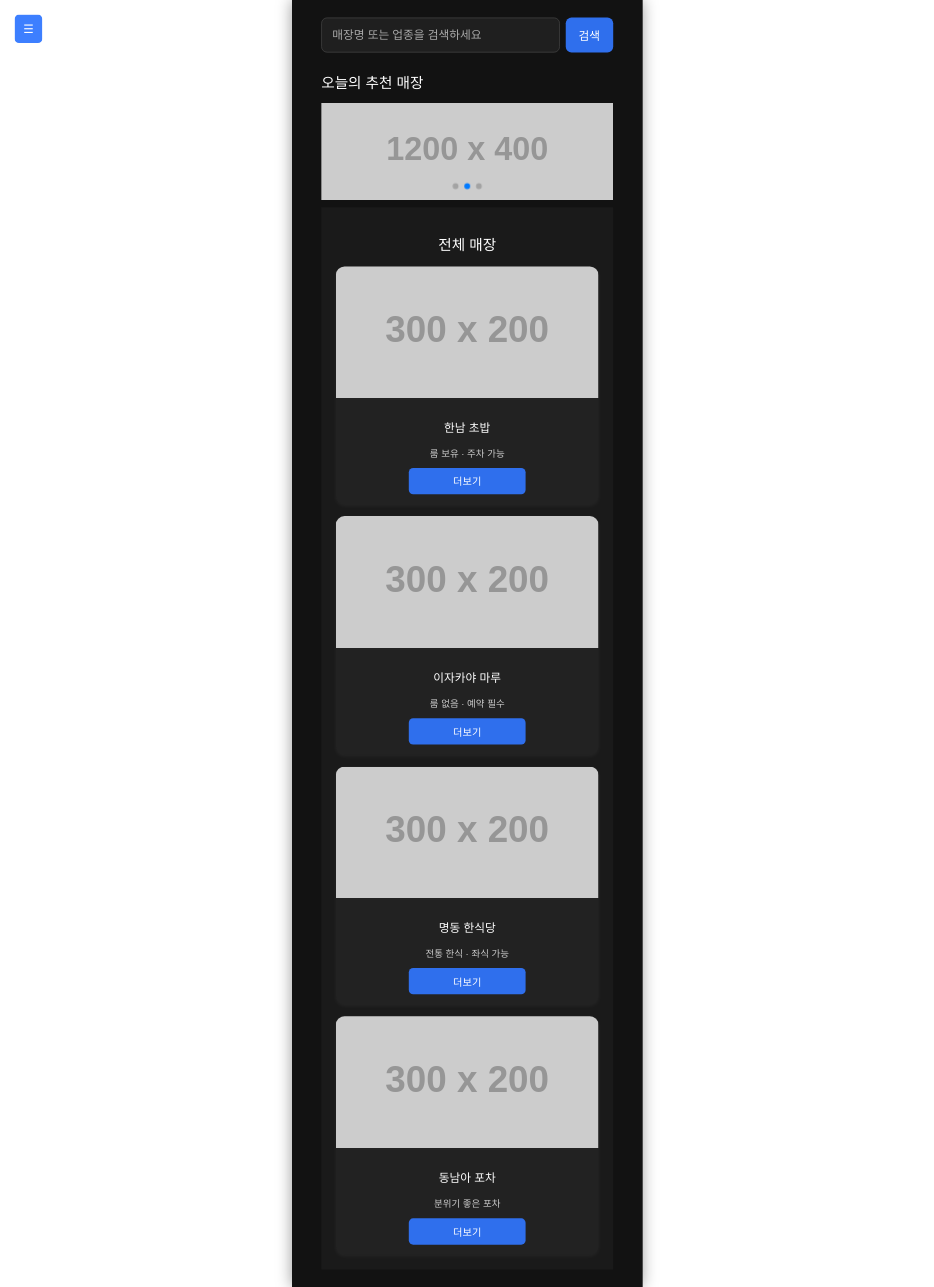
Repository: noiredex/Choplan-API
Page: / (app in choplan/frontend_main/)
These files come from the project's save history. The page is drawn as it stood at one moment and after the next save; the edit follows.
The browser window is 1280 px wide. The pictures show the whole page, at 73% of full size.
The project was rebuilt for these pictures with package versions that can differ from the ones it lists, and the page was loaded fresh each time. Also part of the build but not shown: choplan/frontend_main/vite.config.js, choplan/frontend_main/vite.config.ts, choplan/frontend_main/src/styles/StoreDetailPage.css, choplan/frontend_main/src/pages/StoreDetailPage.jsx.

Above is the page before, as saved 2025-10-29 10:27:03.

### choplan/frontend_main/index.html
<!doctype html>
<html lang="en">
  <head>
    <meta charset="UTF-8" />
    <link rel="icon" type="image/svg+xml" href="/vite.svg" />
    <meta name="viewport" content="width=device-width, initial-scale=1.0" />
    <title>frontend_main</title>
  </head>
  <body>
    <div id="root"></div>
    <script type="module" src="/src/main.jsx"></script>
  </body>
</html>

### choplan/frontend_main/src/App.jsx
import { Routes, Route } from "react-router-dom";
import HomePage from "./pages/HomePage";
import StoreDetailPage from "./pages/StoreDetailPage";
import "./App.css";

export default function App() {
  return (
    <Routes>
      <Route path="/" element={<HomePage />} />
      <Route path="/store/:id" element={<StoreDetailPage />} />
    </Routes>
  );
}

### choplan/frontend_main/src/pages/Homepage.jsx
import React, { useState } from "react";
import Sidebar from "../components/common/Sidebar";
import SearchBar from "../components/home/SearchBar";
import BannerSlider from "../components/home/BannerSlider";
import RecommendedStores from "../components/home/RecommendedStores";
import "../styles/HomePage.css";

export default function HomePage() {
  const [selectedCategory, setSelectedCategory] = useState("전체");
  const [searchQuery, setSearchQuery] = useState("");

  return (
    <div className="home-container">
      {/* 사이드바 */}
      <Sidebar
        selectedCategory={selectedCategory}
        onSelectCategory={setSelectedCategory}
        searchQuery={searchQuery}
      />

      {/* 메인 콘텐츠 */}
      <div className="main-content">
        <SearchBar onSearch={setSearchQuery} />

        {/* 추천 배너 */}
        <section className="banner-section">
          <h2>오늘의 추천 매장</h2>
          <BannerSlider />
        </section>

        {/* 매장 목록 */}
        <section className="store-section">
          <RecommendedStores
            category={selectedCategory}
            searchQuery={searchQuery}
          />
        </section>
      </div>
    </div>
  );
}

### choplan/frontend_main/src/App.css
/* ==============================
   App.css — 전역 스타일
   ============================== */

/* 기본 페이지 레이아웃 */
html, body {
  margin: 0;
  padding: 0;
  background-color: #181818; /* Soft Charcoal */
  color: #E0E0E0;
  font-family: 'Noto Sans KR', sans-serif;
  display: flex;
  justify-content: center;
}

/* 전체 앱을 중앙에 고정 (모바일 480px 기준) */
#root {
  width: 100%;
  max-width: 480px;
  min-height: 100vh;
  background-color: #1E1E1E;
  box-shadow: 0 0 20px rgba(0, 0, 0, 0.4);
  overflow-x: hidden;
  position: relative;
}

/* 스크롤바 다크모드 스타일 */
::-webkit-scrollbar {
  width: 6px;
}
::-webkit-scrollbar-track {
  background: #1a1a1a;
}
::-webkit-scrollbar-thumb {
  background: #444;
  border-radius: 4px;
}
::-webkit-scrollbar-thumb:hover {
  background: #555;
}

/* 공통 버튼 스타일 */
button {
  background-color: #3D7FFF;
  color: white;
  border: none;
  border-radius: 8px;
  padding: 10px 16px;
  cursor: pointer;
  transition: background-color 0.2s ease;
}
button:hover {
  background-color: #5596FF;
}

/* 링크 */
a {
  text-decoration: none;
  color: inherit;
}

### choplan/frontend_main/src/components/common/Sidebar.jsx
import React, { useState, useEffect } from "react";
import "../../styles/Sidebar.css";

export default function Sidebar({ selectedCategory, onSelectCategory, searchQuery }) {
  const [isOpen, setIsOpen] = useState(false);

  const categories = [
    "전체",
    "이자카야",
    "초밥",
    "한식",
    "양식",
    "중식",
    "동남아",
    "인도",
    "기타",
  ];

  // 검색어에 따라 자동 카테고리 선택
  useEffect(() => {
    if (searchQuery && searchQuery.trim() !== "") {
      const matched = categories.find((cat) => searchQuery.includes(cat));
      if (matched) onSelectCategory(matched);
    }
  }, [searchQuery]);

  return (
    <>
      {/* 햄버거 버튼 (항상 노출) */}
      <button
        className="sidebar-toggle"
        onClick={() => setIsOpen(!isOpen)}
        aria-label="메뉴 열기"
      >
        ☰
      </button>

      {/* 오버레이 (열릴 때만) */}
      {isOpen && <div className="overlay" onClick={() => setIsOpen(false)}></div>}

      {/* 세로형 사이드바 */}
      <aside className={`sidebar ${isOpen ? "open" : ""}`}>
        <ul className="sidebar-list">
          {categories.map((category, index) => (
            <li
              key={index}
              className={selectedCategory === category ? "active" : ""}
              onClick={() => {
                onSelectCategory(category);
                setIsOpen(false);
              }}
            >
              {category}
            </li>
          ))}
        </ul>
      </aside>
    </>
  );
}

### choplan/frontend_main/src/components/home/SearchBar.jsx
import React, { useState } from "react";
import "../../styles/SearchBar.css";

export default function SearchBar({ onSearch }) {
  const [query, setQuery] = useState("");

  const handleInputChange = (e) => {
    setQuery(e.target.value);
  };

  const handleSearch = (e) => {
    e.preventDefault();
    onSearch(query);
  };

  return (
    <form className="search-bar" onSubmit={handleSearch}>
      <input
        type="text"
        placeholder="매장명 또는 업종을 검색하세요"
        value={query}
        onChange={handleInputChange}
      />
      <button type="submit">검색</button>
    </form>
  );
}

### choplan/frontend_main/src/components/home/BannerSlider.jsx
import React from "react";
import { Swiper, SwiperSlide } from "swiper/react";
import { Autoplay, Pagination } from "swiper/modules";
import "swiper/css";
import "swiper/css/pagination";
import "../../styles/BannerSlider.css";

export default function BannerSlider() {
  const banners = [
    {
      id: 1,
      img: "https://placehold.co/1200x400/007bff/ffffff?text=오늘의+추천매장+1",
      alt: "추천 매장 1",
    },
    {
      id: 2,
      img: "https://placehold.co/1200x400/f07b00/ffffff?text=오늘의+추천매장+2",
      alt: "추천 매장 2",
    },
    {
      id: 3,
      img: "https://placehold.co/1200x400/008c4a/ffffff?text=오늘의+추천매장+3",
      alt: "추천 매장 3",
    },
  ];

  return (
    <div className="banner-slider-container">
      <Swiper
        modules={[Autoplay, Pagination]}
        pagination={{ clickable: true }}
        autoplay={{ delay: 4000, disableOnInteraction: false }}
        loop={true}
        spaceBetween={0}
        slidesPerView={1}
        className="banner-swiper"
      >
        {banners.map((banner) => (
          <SwiperSlide key={banner.id}>
            <img
              src={banner.img}
              alt={banner.alt}
              className="banner-image"
            />
          </SwiperSlide>
        ))}
      </Swiper>
    </div>
  );
}

### choplan/frontend_main/src/components/home/RecommendedStores.jsx
import React, { useEffect, useState } from "react";
import { useNavigate } from "react-router-dom";
import "../../styles/RecommendedStores.css";

export default function RecommendedStores({ category, searchQuery }) {
  const [stores, setStores] = useState([]);
  const navigate = useNavigate(); // 페이지 이동 훅

  // 예시 데이터 (실제 API 연결 시 이 부분 대체)
  const allStores = [
    { id: 1, name: "한남 초밥", category: "초밥", desc: "룸 보유 · 주차 가능", img: "https://placehold.co/300x200" },
    { id: 2, name: "이자카야 마루", category: "이자카야", desc: "룸 없음 · 예약 필수", img: "https://placehold.co/300x200" },
    { id: 3, name: "명동 한식당", category: "한식", desc: "전통 한식 · 좌식 가능", img: "https://placehold.co/300x200" },
    { id: 4, name: "동남아 포차", category: "동남아", desc: "분위기 좋은 포차", img: "https://placehold.co/300x200" },
  ];

  useEffect(() => {
    let filtered = allStores;

    // 검색어 반영
    if (searchQuery) {
      filtered = filtered.filter((store) =>
        store.name.toLowerCase().includes(searchQuery.toLowerCase())
      );
    }

    // 카테고리 반영
    if (category && category !== "전체") {
      filtered = filtered.filter((store) => store.category === category);
    }

    setStores(filtered);
  }, [category, searchQuery]);

  return (
    <div className="recommended-stores">
      <h2>{category ? category : "전체"} 매장</h2>

      <div className="store-grid">
        {stores.length > 0 ? (
          stores.map((store) => (
            <div className="store-card" key={store.id}>
              <img src={store.img} alt={store.name} />
              <div className="store-info">
                <h3>{store.name}</h3>
                <p>{store.desc}</p>
                <button onClick={() => navigate(`/store/${store.id}`)}>더보기</button>
              {/* 더보기 클릭시 /store/매장id 페이지로 이동 */}
              </div>
            </div>
          ))
        ) : (
          <p className="no-results">검색 결과가 없습니다.</p>
        )}
      </div>
    </div>
  );
}

### choplan/frontend_main/src/styles/HomePage.css
/* ===== 기본 구조 ===== */
.home-container {
  display: flex;
  flex-direction: row;
  align-items: stretch;
  justify-content: flex-start;
  width: 100%;
  min-height: 100vh;
  background-color: #121212; /* 다크모드 배경 */
  overflow: hidden;
  box-sizing: border-box;
  color: #f0f0f0;
}

/* ===== 메인 콘텐츠 ===== */
.main-content {
  flex: 1;
  display: flex;
  flex-direction: column;
  justify-content: flex-start;
  align-items: stretch;
  padding: 24px 40px;
  overflow-y: auto;
  transition: all 0.3s ease;
}

/* ===== 검색바 ===== */
.search-bar {
  margin-bottom: 10px; /* 기존보다 10px 줄임 */
}

/* ===== 베너 섹션 ===== */
.benner-section {
  text-align: center;
  margin-top: 10px; /* 기존보다 10px 줄임 */
  margin-bottom: 20px; /* 아래 ‘전체매장’ 간격 줄임 */
  display: flex;
  flex-direction: column;
  align-items: center;
}

.banner-section h2 {
  font-size: 20px; /* 기존 24px → 20px */
  font-weight: 700;
  color: #ffffff;
  margin-bottom: 12px;
}

.banner-section .swiper-container {
  width: 100%;
  max-width: 1200px;
  aspect-ratio: 16 / 9;
  border-radius: 12px;
  overflow: hidden;
  object-fit: cover;
  height: auto !important;
  flex-shrink: 0;
}

.banner-section .swiper-slide img {
  width: 100%;
  height: 100%;
  object-fit: cover;
  display: block;
}

/* ===== 추천 매장 섹션 ===== */
.store-section {
  width: 100%;
  margin-top: 10px; /* 기존보다 10px 줄임 */
  flex-grow: 1;
}

/* 반응형 대응 */
@media (max-width: 1024px) {
  .banner-section h2 {
    font-size: 18px;
  }
}

### choplan/frontend_main/src/styles/Sidebar.css
/* ==============================
   Sidebar.css — 카테고리 & 햄버거 버튼
   ============================== */

/* ===== 사이드바 전체 ===== */
.sidebar {
  position: fixed;
  top: 0;
  left: 0;
  width: 220px;
  height: 100%;
  background: #202020; /* Soft Charcoal */
  border-right: 1px solid #2c2c2c;
  overflow-y: auto;
  transform: translateX(-100%);
  transition: transform 0.3s ease-in-out;
  z-index: 1000;
}

/* 열렸을 때 */
.sidebar.open {
  transform: translateX(0);
}

/* ===== 햄버거 버튼 ===== */
.sidebar-toggle {
  position: fixed;
  top: 20px;
  left: 20px;
  z-index: 1100;
  background: #3D7FFF;
  color: white;
  border: none;
  border-radius: 6px;
  padding: 10px 12px;
  font-size: 16px;
  cursor: pointer;
  transition: background 0.2s ease;
}

.sidebar-toggle:hover {
  background: #5596FF;
}

/* ===== 카테고리 리스트 ===== */
.sidebar-list {
  list-style: none;
  margin: 70px 0 0 0; /* 버튼 아래쪽 여백 확보 */
  padding: 0;
  display: flex;
  flex-direction: column;
}

.sidebar-list li {
  padding: 14px 18px;
  color: #E0E0E0;
  font-size: 15px;
  cursor: pointer;
  border-bottom: 1px solid #2b2b2b;
  transition: all 0.2s ease;
}

.sidebar-list li:hover {
  background-color: #2a2a2a;
}

.sidebar-list li.active {
  background-color: #3D7FFF;
  color: #fff;
  font-weight: 600;
}

/* “전체” 항목 상단 고정 */
.sidebar-list li:first-child {
  position: sticky;
  top: 0;
  background: #202020;
  z-index: 3;
  font-weight: bold;
  border-bottom: 1px solid #2c2c2c;
}

/* ===== 스크롤바 ===== */
.sidebar-list::-webkit-scrollbar {
  width: 6px;
}
.sidebar-list::-webkit-scrollbar-thumb {
  background: #333;
  border-radius: 3px;
}
.sidebar-list::-webkit-scrollbar-thumb:hover {
  background: #444;
}

/* ===== 반응형 ===== */
@media (max-width: 1024px) {
  .sidebar {
    width: 220px;
  }
}

@media (max-width: 600px) {
  .sidebar {
    width: 200px;
  }

  .sidebar-list li {
    font-size: 14px;
    padding: 12px 14px;
  }

  .sidebar-toggle {
    padding: 8px 10px;
    font-size: 14px;
    top: 15px;
    left: 15px;
  }
}

### choplan/frontend_main/src/styles/SearchBar.css
.search-bar {
  display: flex;
  align-items: center; /* 세로 중앙 정렬 */
  justify-content: center;
  width: 100%;
  max-width: 600px;
  margin: 0 auto;
}

.search-bar input {
  flex: 1;
  height: 48px; /* 버튼과 동일 높이 */
  padding: 0 14px;
  border: 1px solid #444;
  border-radius: 8px;
  background-color: #1f1f1f;
  color: #f0f0f0;
  font-size: 16px;
  outline: none;
  box-sizing: border-box;
}

.search-bar input::placeholder {
  color: #aaa;
}

.search-bar button {
  height: 48px; /* input과 완전 동일 높이 */
  padding: 0 18px;
  border: none;
  background-color: #2f6fed;
  color: white;
  font-size: 16px;
  border-radius: 8px;
  margin-left: 8px; /* input과의 간격 */
  cursor: pointer;
  transition: background-color 0.2s ease;
}

.search-bar button:hover {
  background-color: #1d56c4;
}

### choplan/frontend_main/src/styles/BannerSlider.css
/* ==============================
   BannerSlider.css — 자동 슬라이드 배너
   ============================== */

/* ===== 배너 전체 ===== */
.banner-slider {
  position: relative;
  width: 100%;
  max-width: 440px;
  margin: 0 auto;
  border-radius: 12px;
  overflow: hidden;
  background-color: #2A2A2A;
  box-shadow: 0 4px 10px rgba(0, 0, 0, 0.3);
}

/* ===== 슬라이드 이미지 ===== */
.banner-slide {
  width: 100%;
  aspect-ratio: 16 / 9;
  display: flex;
  align-items: center;
  justify-content: center;
  background-color: #1E1E1E;
}

.banner-slide img {
  width: 100%;
  height: 100%;
  object-fit: cover;
  display: block;
}

/* ===== 인디케이터 점 ===== */
.banner-indicators {
  position: absolute;
  bottom: 12px;
  left: 50%;
  transform: translateX(-50%);
  display: flex;
  gap: 6px;
  z-index: 10;
}

.indicator {
  width: 8px;
  height: 8px;
  background-color: rgba(255, 255, 255, 0.4);
  border-radius: 50%;
  cursor: pointer;
  transition: background-color 0.3s;
}

.indicator.active {
  background-color: #3D7FFF;
}

/* ===== 슬라이드 전환 효과 ===== */
.swiper-slide {
  transition: transform 0.6s ease-in-out;
}

/* ===== 반응형 ===== */
@media (min-width: 1025px) {
  body {
    display: flex;
    justify-content: center;
    background-color: #181818;
  }

  #root {
    width: 480px;
  }

  .banner-slider {
    max-width: 480px;
  }
}

@media (max-width: 600px) {
  .banner-slider {
    max-width: 95%;
  }

  .banner-indicators {
    bottom: 8px;
  }

  .indicator {
    width: 7px;
    height: 7px;
  }
}

### choplan/frontend_main/src/styles/RecommendedStores.css
/* ===== 컨테이너 ===== */
.recommended-stores {
  padding: 20px;
  background: #1a1a1a;
  display: flex;
  flex-direction: column;
  align-items: center;
}

.recommended-stores h2 {
  font-size: 20px; /* ‘오늘의 추천 매장’과 동일하게 조정 */
  margin-bottom: 14px;
  font-weight: 600;
  color: #ffffff;
  text-align: center;
}

/* ===== 매장 카드 그리드 ===== */
.store-grid {
  display: grid;
  gap: 16px;
  width: 100%;
  max-width: 1200px;
  margin: 0 auto;
  grid-template-columns: repeat(auto-fit, minmax(280px, 1fr));
  transition: all 0.3s ease;
}

/* ===== 매장 카드 ===== */
.store-card {
  background: #222;
  border-radius: 12px;
  overflow: hidden;
  box-shadow: 0 2px 6px rgba(255, 255, 255, 0.05);
  display: flex;
  flex-direction: column;
  transition: transform 0.2s ease;
}

.store-card:hover {
  transform: translateY(-3px);
}

.store-card img {
  width: 100%;
  height: 180px;
  object-fit: cover;
}

.store-info {
  padding: 14px;
  text-align: center;
}

.store-info h3 {
  font-size: 16px;
  margin-bottom: 6px;
  color: #fff;
}

.store-info p {
  font-size: 13px;
  color: #ccc;
  margin-bottom: 10px;
}

.store-info button {
  width: 100%;
  max-width: 160px;
  padding: 8px 0;
  border: none;
  background-color: #2f6fed;
  color: white;
  font-size: 14px;
  border-radius: 6px;
  cursor: pointer;
  transition: background-color 0.2s ease;
}

.store-info button:hover {
  background-color: #1d56c4;
}

Loaded but not shown: choplan/frontend_main/src/main.jsx (common file); choplan/frontend_main/src/index.css (common file)

After the next save:
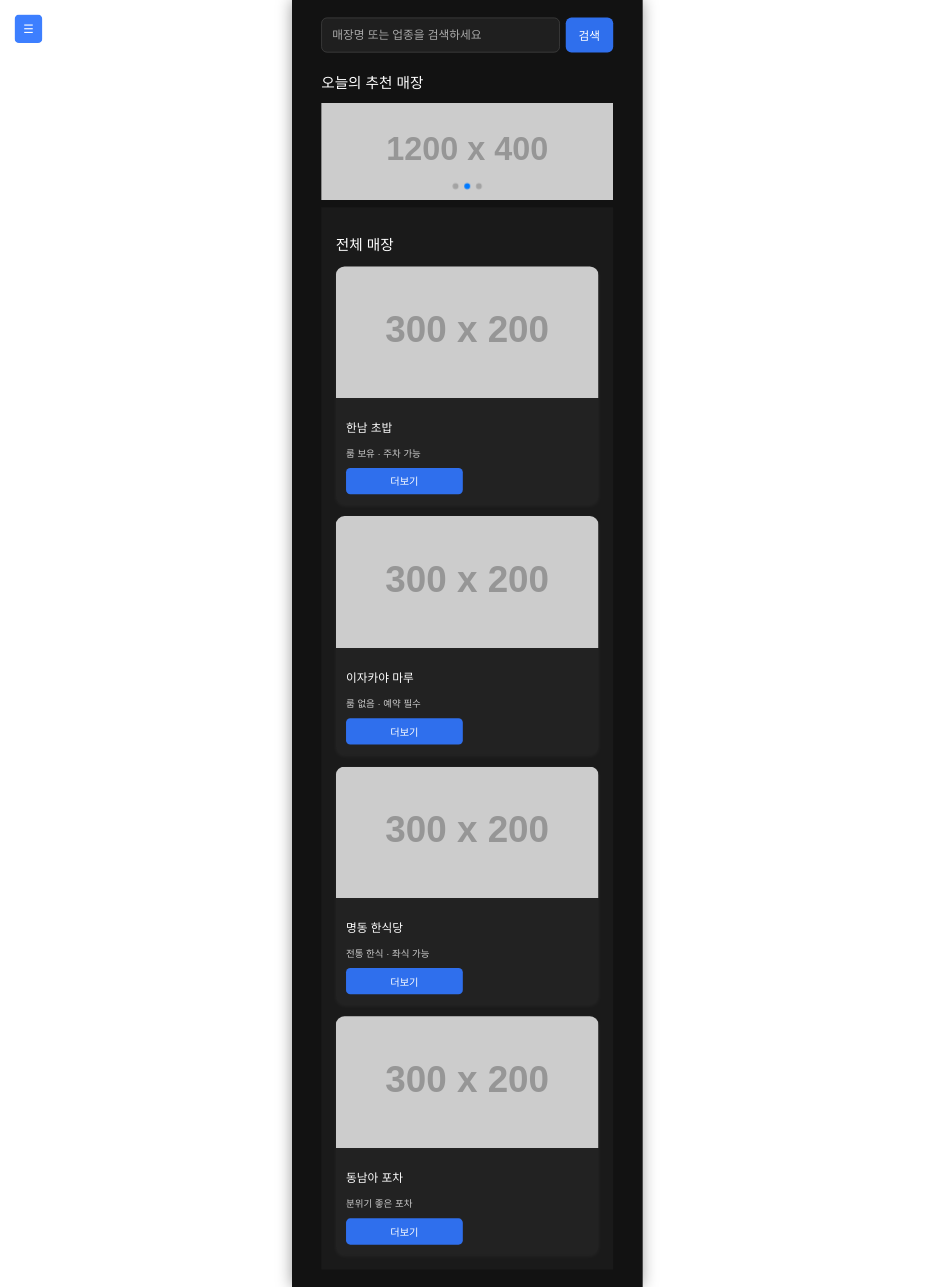
Saved 3 min 20 s later.
--- a/choplan/frontend_main/src/styles/RecommendedStores.css
+++ b/choplan/frontend_main/src/styles/RecommendedStores.css
@@ -2,17 +2,14 @@
 .recommended-stores {
   padding: 20px;
   background: #1a1a1a;
-  display: flex;
-  flex-direction: column;
-  align-items: center;
 }
 
+/* ===== 섹션 제목 ===== */
 .recommended-stores h2 {
-  font-size: 20px; /* ‘오늘의 추천 매장’과 동일하게 조정 */
+  font-size: 20px; /* ‘오늘의 추천 매장’과 동일한 크기 */
   margin-bottom: 14px;
   font-weight: 600;
   color: #ffffff;
-  text-align: center;
 }
 
 /* ===== 매장 카드 그리드 ===== */
@@ -49,7 +46,6 @@
 
 .store-info {
   padding: 14px;
-  text-align: center;
 }
 
 .store-info h3 {
